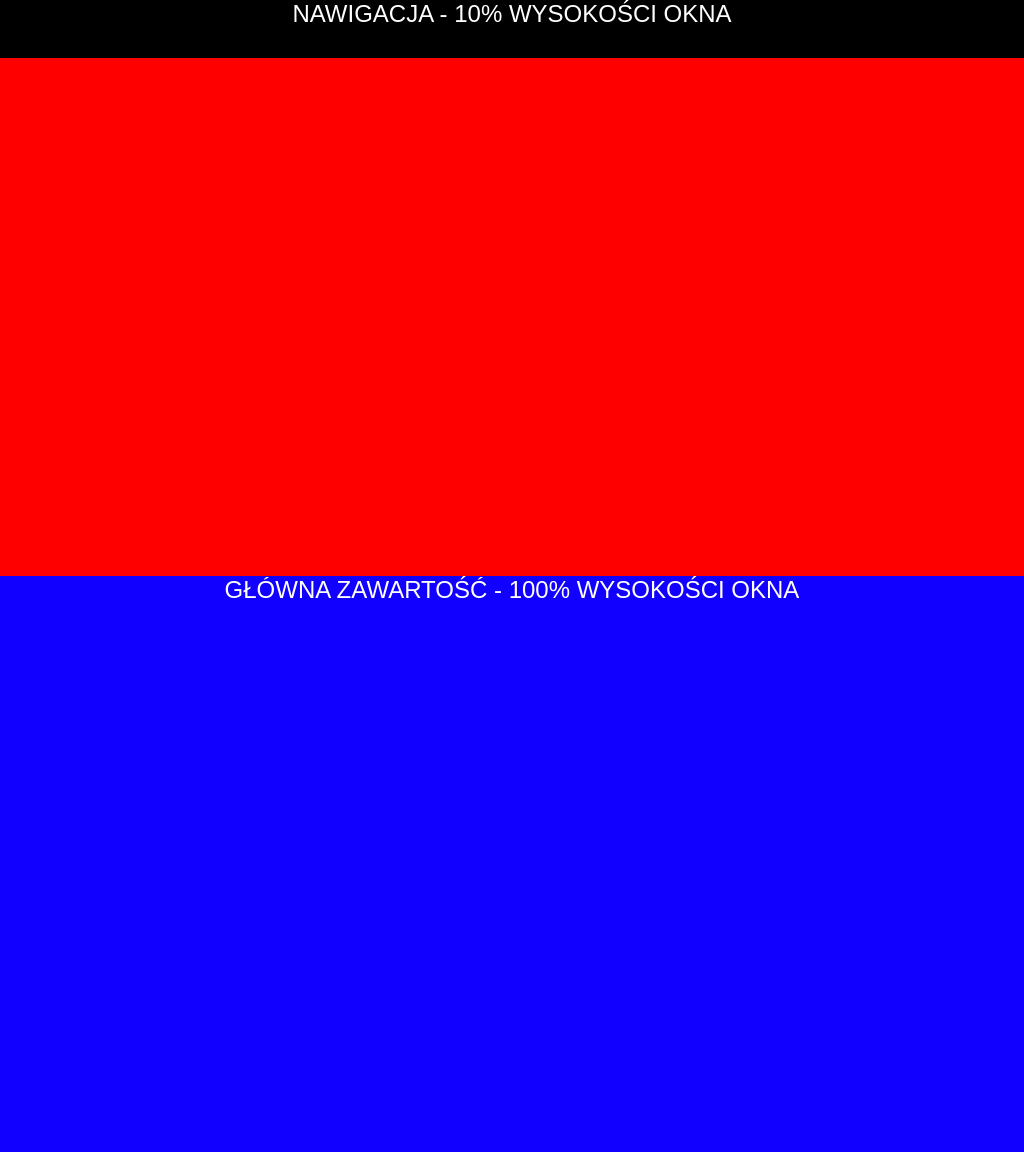
Repository: jasonj2333/advance_CSS
Page: 01-Header, Nav/start.html
An editor plug-in stored every save of this project. The page is shown before and after the next save, followed by the edit.
The browser window is 1280 px wide. The pictures show the whole page, at 80% of full size.

Above is the page before, as saved 2019-04-23 18:49:30.

After the next save:
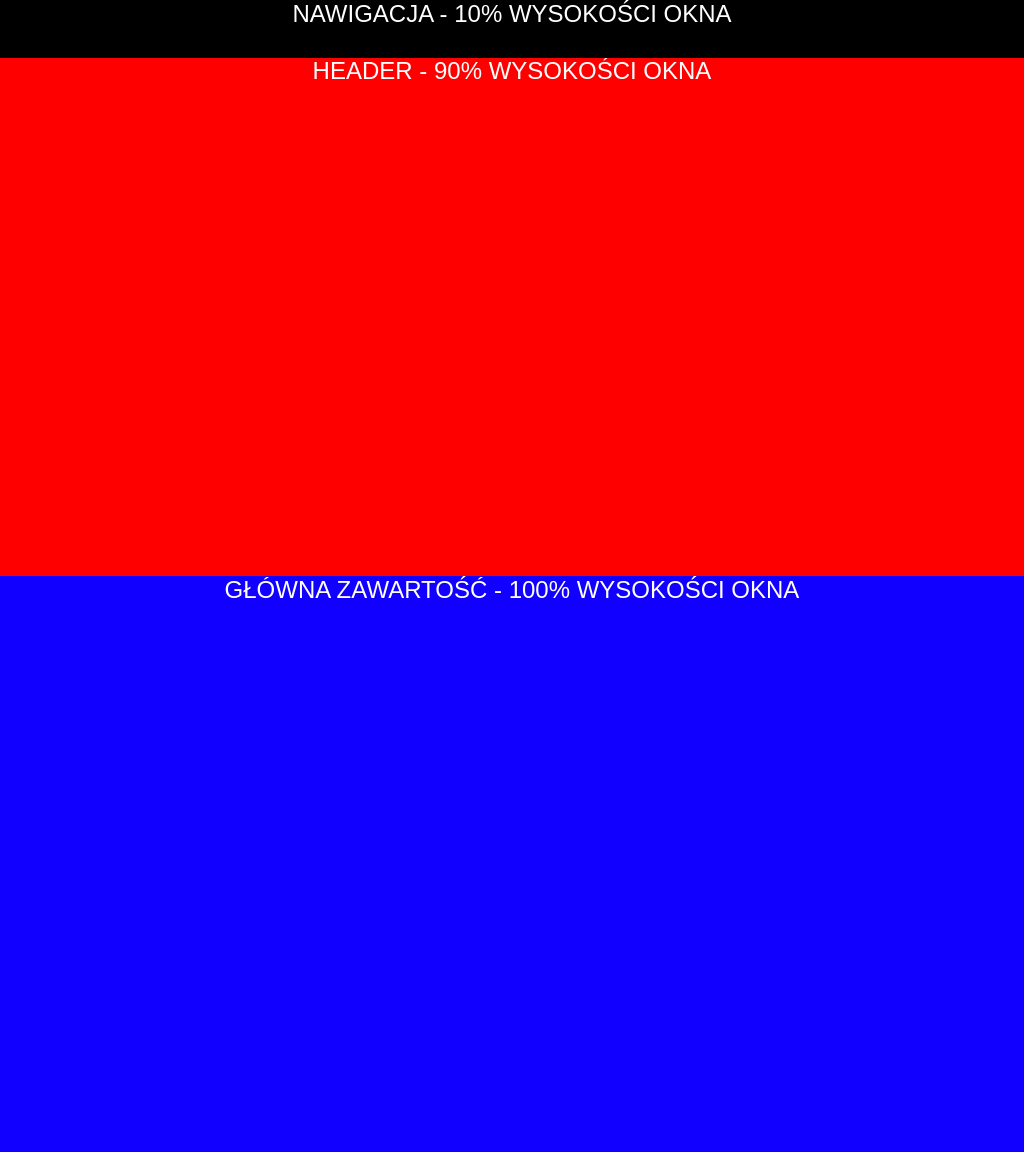
Saved 20 s later.
--- a/01-Header, Nav/start.html
+++ b/01-Header, Nav/start.html
@@ -31,6 +31,8 @@
             background-color: rgb(255, 0, 0);
             height: 100vh;
             width: 100%;
+            padding-top: 10vh;
+            ;
         }
 
         header::after {
